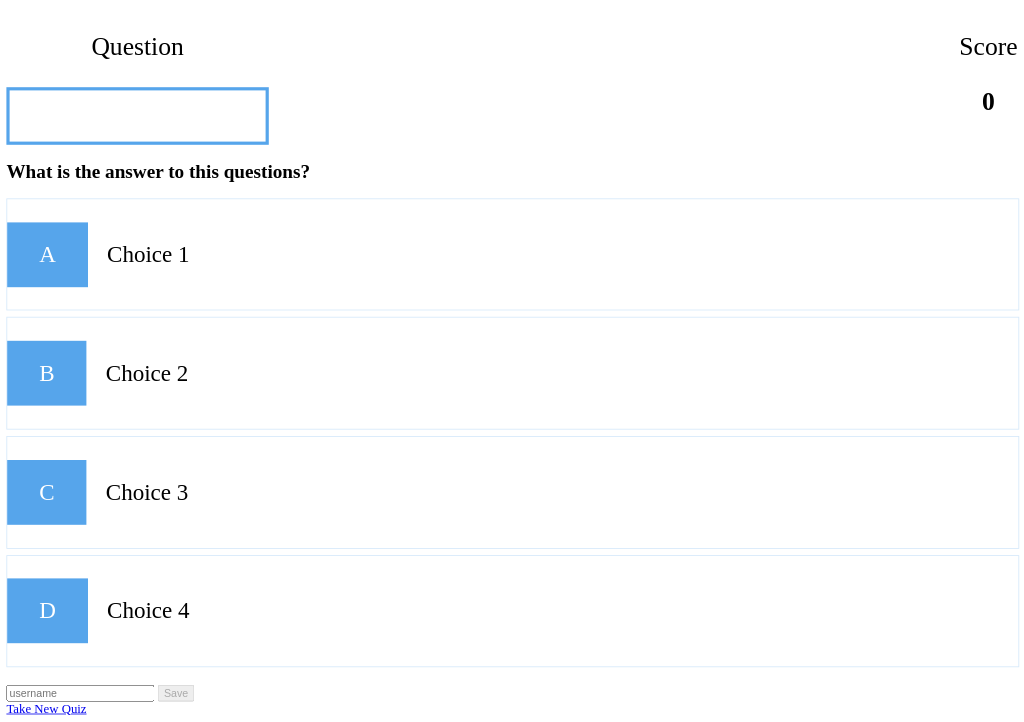
Repository: Q1ngQode/Briana-s-Quiz-App
Page: index.html
The author's editor kept a copy of each file at every save. The page is drawn from the files as they stood at one save, then again after the next save.
The browser window is 1280 px wide. The pictures show the whole page, at 80% of full size.

Above is the page before, as saved 2022-08-09 00:19:10.
Console error: SyntaxError: Unexpected token ']'

After the next save:
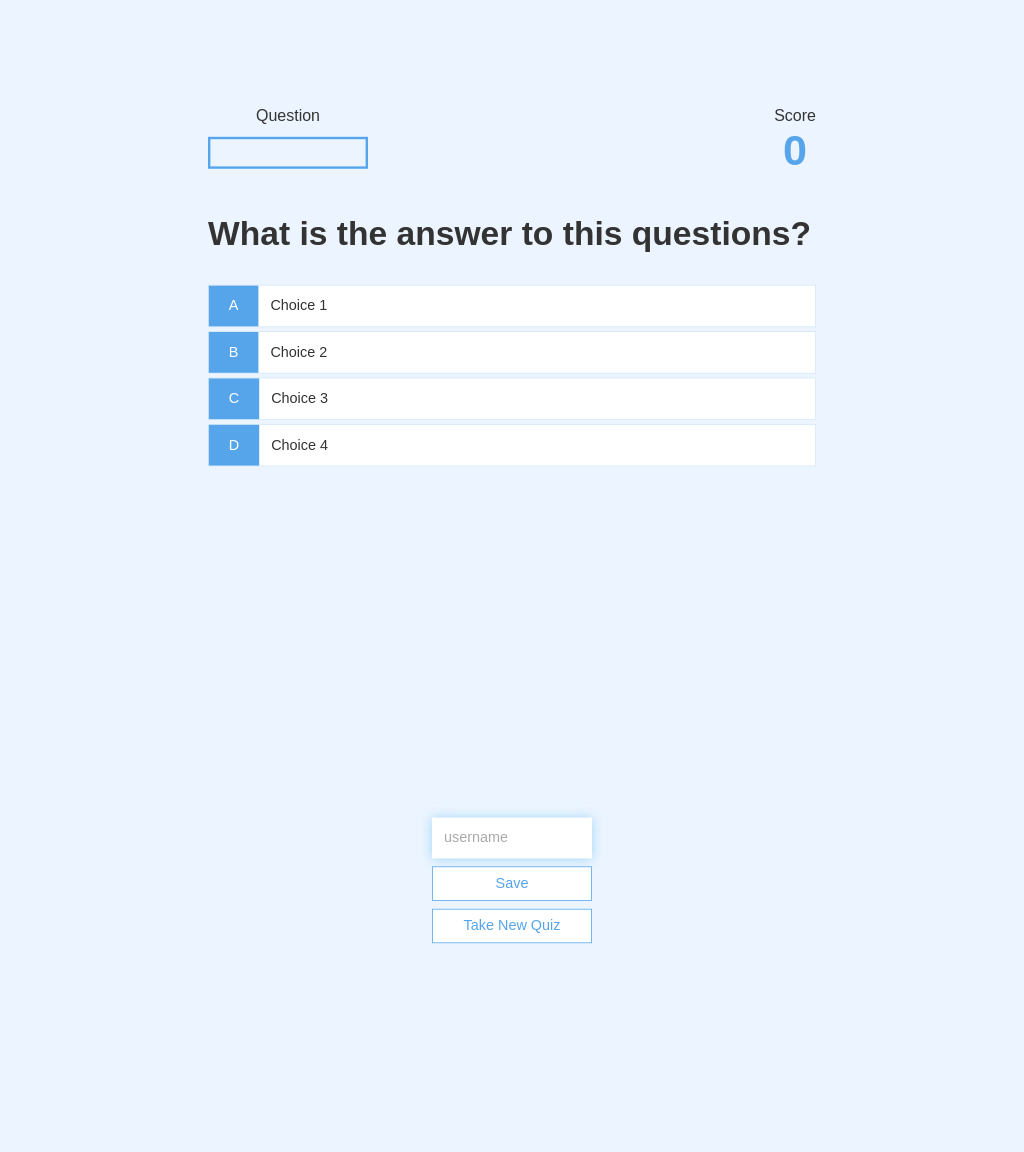
Saved 5 s later.
--- a/app.css
+++ b/app.css
@@ -1,6 +1,128 @@
 
+  :root {
+    background-color: #ecf5ff;
+    font-size: 62.5%;
+  }
 
-  .choice-text {
-    padding: 1.5rem;
+  * {
+    box-sizing: border-box;
+    font-family: Arial, Helvetica, sans-serif;
+    margin: 0;
+    padding: 0;
+    color: #333;
+  }
+
+  h1,
+  h2,
+  h3,
+  h4 {
+    margin-bottom: 1rem;
+  }
+
+  h1 {
+    font-size: 5.4rem;
+    color: #56a5eb;
+    margin-bottom: 5rem;
+  }
+
+  h1 > span {
+    font-size: 2.4rem;
+    font-weight: 500;
+  }
+
+  h2 {
+    font-size: 4.2rem;
+    margin-bottom: 4rem;
+    font-weight: 700;
+  }
+
+  h3 {
+    font-size: 2.8rem;
+    font-weight: 500;
+  }
+
+  /* UTILITIES */
+
+  .container {
+    width: 100vw;
+    height: 100vh;
+    display: flex;
+    justify-content: center;
+    align-items: center;
+    max-width: 80rem;
+    margin: 0 auto;
+    padding: 2rem;
+  }
+
+  .container > * {
     width: 100%;
   }
+
+  .flex-column {
+    display: flex;
+    flex-direction: column;
+  }
+
+  .flex-center {
+    justify-content: center;
+    align-items: center;
+  }
+
+  .justify-center {
+    justify-content: center;
+  }
+
+  .text-center {
+    text-align: center;
+  }
+
+  .hidden {
+    display: none;
+  }
+
+  /* BUTTONS */
+  .btn {
+    font-size: 1.8rem;
+    padding: 1rem 0;
+    width: 20rem;
+    text-align: center;
+    border: 0.1rem solid #56a5eb;
+    margin-bottom: 1rem;
+    text-decoration: none;
+    color: #56a5eb;
+    background-color: white;
+  }
+
+  .btn:hover {
+    cursor: pointer;
+    box-shadow: 0 0.4rem 1.4rem 0 rgba(86, 185, 235, 0.5);
+    transform: translateY(-0.1rem);
+    transition: transform 150ms;
+  }
+
+  .btn[disabled]:hover {
+    cursor: not-allowed;
+    box-shadow: none;
+    transform: none;
+  }
+
+  /* FORMS */
+  form {
+    width: 100%;
+    display: flex;
+    flex-direction: column;
+    align-items: center;
+  }
+
+  input {
+    margin-bottom: 1rem;
+    width: 20rem;
+    padding: 1.5rem;
+    font-size: 1.8rem;
+    border: none;
+    box-shadow: 0 0.1rem 1.4rem 0 rgba(86, 185, 235, 0.5);
+  }
+
+  input::placeholder {
+    color: #aaa;
+  }
